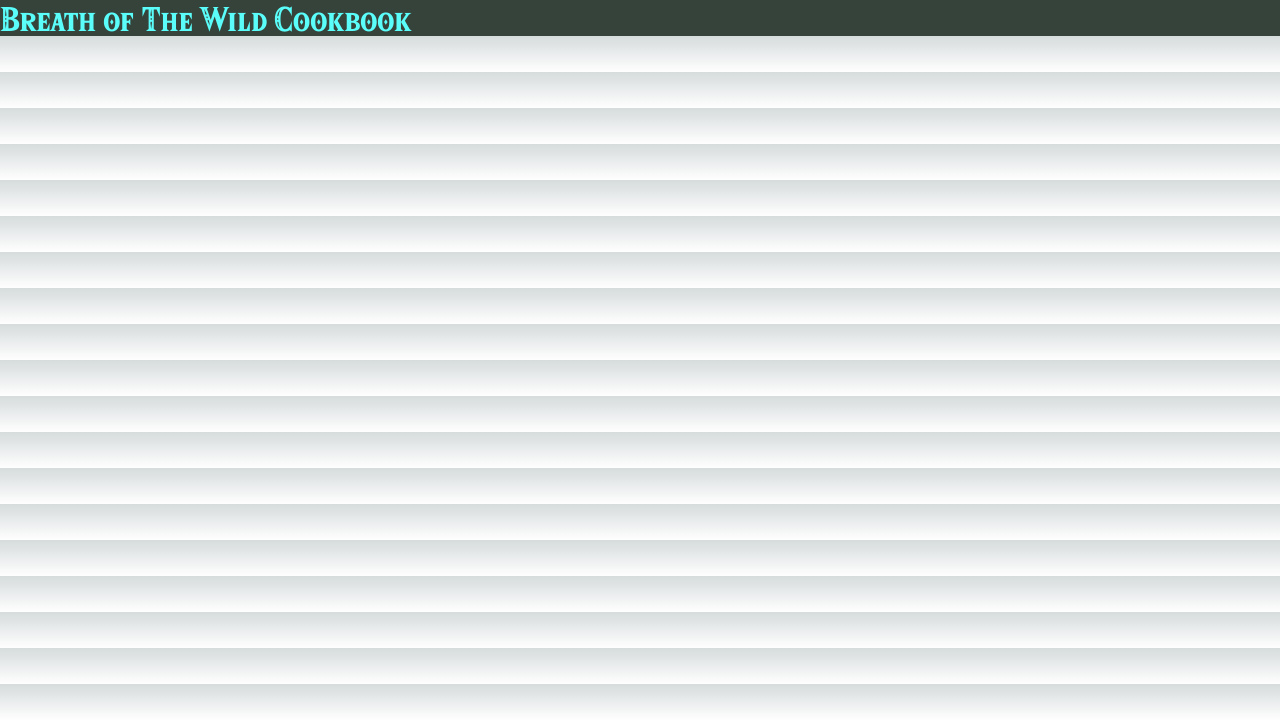
Repository: YanceMcFinn/Breath-of-The-Wild-Cookbook
Page: /
The author's editor kept a copy of each file at every save. The page is drawn from the files as they stood at one save, then again after the next save.
The browser window is 1280 px wide. The pictures show the whole page.
The page's requests for data from a server got no answer. The project was rebuilt for these pictures with package versions that can differ from the ones it lists, and the page was loaded fresh each time. The framework's server and built-in components were replaced by stand-ins that run in the browser. No one was signed in, and anything a server would have sent is missing. Also part of the build but not shown: next.config.js, src/app/components/Card.tsx.

Above is the page before, as saved 2023-08-16 13:36:55.

### src/app/layout.tsx
import './globals.css'
import '../../HyliaSerif_WebfontKit/stylesheet.css'
import { Inter } from 'next/font/google'

const inter = Inter({ subsets: ['latin'] })

export const metadata = {
  title: 'Create Next App',
  description: 'Generated by create next app',
}

export default function RootLayout({
  children,
}: {
  children: React.ReactNode
}) {
  return (
    <html lang="en">
      <body className={inter.className}>{children}</body>
    </html>
  )
}

### src/app/page.tsx
'use client'

import { useEffect, useState } from 'react';
import Image from 'next/image'
import { Card } from './components/Card.tsx'
import '../../HyliaSerif_WebfontKit/stylesheet.css'

export default function Home() {
  const [materials, setMaterials] = useState([])

  async function loadMaterials() {
    const response = await fetch("https://botw-compendium.herokuapp.com/api/v3/compendium/category/materials");
    const items = await response.json();
    setMaterials(items.data)
    console.log(items.data)
  }

  useEffect(()=>{
    loadMaterials()},[]);

  return (
    <main className='bg-sheikah-slate-bg'>
      <div>
        <h1 className='hyliaFont text-3xl text-sheikah-slate-blue'>Breath of The Wild Cookbook</h1>
      </div>
      <div className='px-5'>
        <div className='grid grid-cols-3 gap-5 px-5'>
          {materials?.map((item)=>{
            return <Card name={item.name} imgUrl={item.image} effect = {item.cooking_effect} description = {item.description} />
          })}
        </div>
      </div>
    </main>
  )
}

### src/app/globals.css
@tailwind base;
@tailwind components;
@tailwind utilities;

:root {
  --foreground-rgb: 0, 0, 0;
  --background-start-rgb: 214, 219, 220;
  --background-end-rgb: 255, 255, 255;
}

@media (prefers-color-scheme: dark) {
  :root {
    --foreground-rgb: 255, 255, 255;
    --background-start-rgb: 0, 0, 0;
    --background-end-rgb: 0, 0, 0;
  }
}

body {
  color: rgb(var(--foreground-rgb));
  background: linear-gradient(
      to bottom,
      transparent,
      rgb(var(--background-end-rgb))
    )
    rgb(var(--background-start-rgb));
}

.card-img {
  height: auto;
  object-fit: cover;
}

.card-bg {
  background-color: #bcffe8;
}

.hyliaFont {
  font-family: 'hylia_serif_betaregular';
  font-weight:normal;
font-style:normal;
}

### HyliaSerif_WebfontKit/stylesheet.css
/*! Generated by Font Squirrel (https://www.fontsquirrel.com) on August 16, 2023 */



@font-face {
    font-family: 'hylia_serif_betaregular';
    src: url('./hyliaserifbeta-regular.woff2') format('woff2'),
         url('/hyliaserifbeta-regular.woff') format('woff');
    font-weight: normal;
    font-style: normal;

}

### tailwind.config.js
/** @type {import('tailwindcss').Config} */
module.exports = {
  content: [
    './src/pages/**/*.{js,ts,jsx,tsx,mdx}',
    './src/components/**/*.{js,ts,jsx,tsx,mdx}',
    './src/app/**/*.{js,ts,jsx,tsx,mdx}',
  ],
  theme: {
    extend: {
      backgroundImage: {},
      colors: {
        'zelda-green': '#0d9263',
        'sheikah-slate-blue' : '#5afdfa',
        'sheikah-slate-bg': '#36433a'
      },
    },
  },
  plugins: [],
}

After the next save:
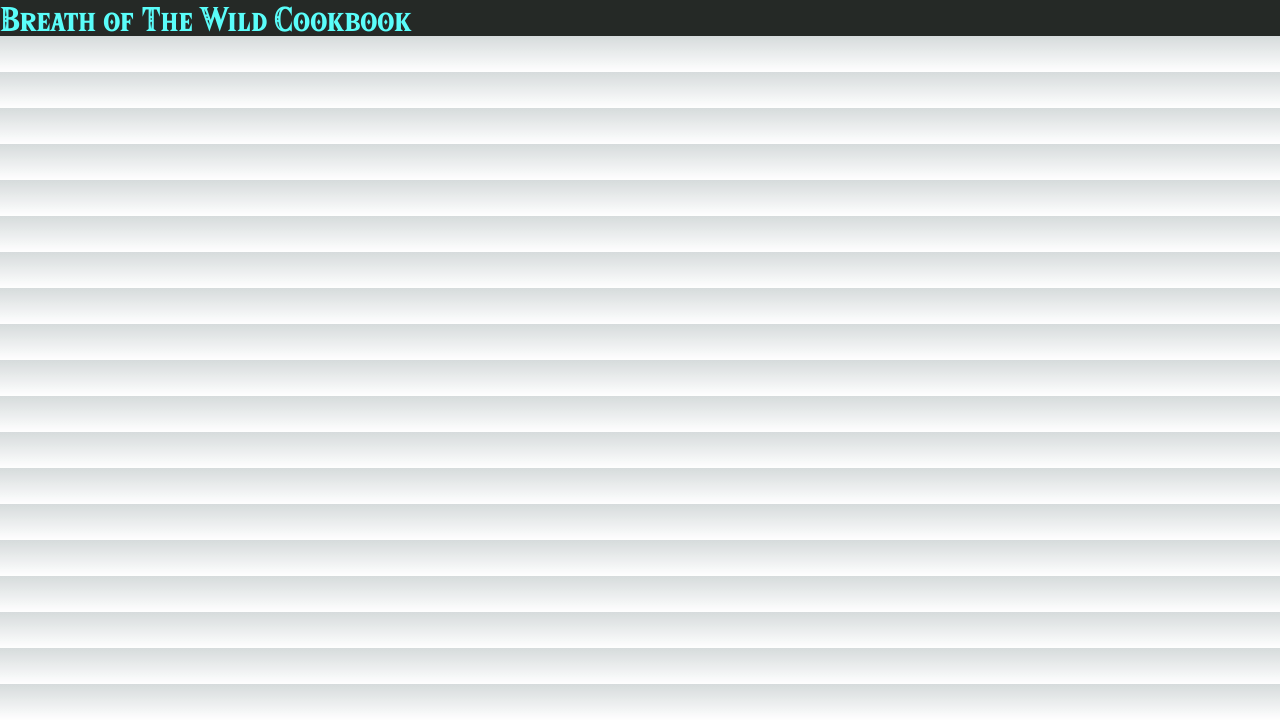
Saved 62 s later.
--- a/tailwind.config.js
+++ b/tailwind.config.js
@@ -11,7 +11,7 @@
       colors: {
         'zelda-green': '#0d9263',
         'sheikah-slate-blue' : '#5afdfa',
-        'sheikah-slate-bg': '#36433a'
+        'sheikah-slate-bg': '#252926'
       },
     },
   },
